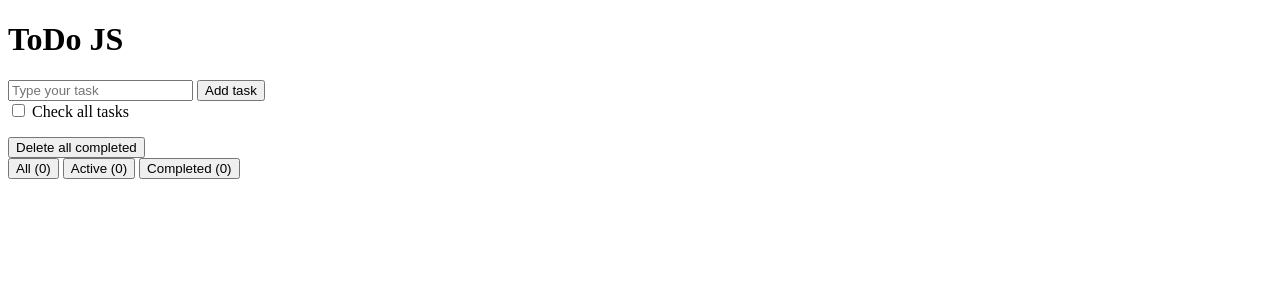
Repository: mklyagin/klyagin_todojs
Page: index.html
These files come from the project's save history. The page is drawn as it stood at one moment and after the next save; the edit follows.
The browser window is 1280 px wide. The pictures show the whole page.

Above is the page before, as saved 2024-02-27 13:35:16.

After the next save:
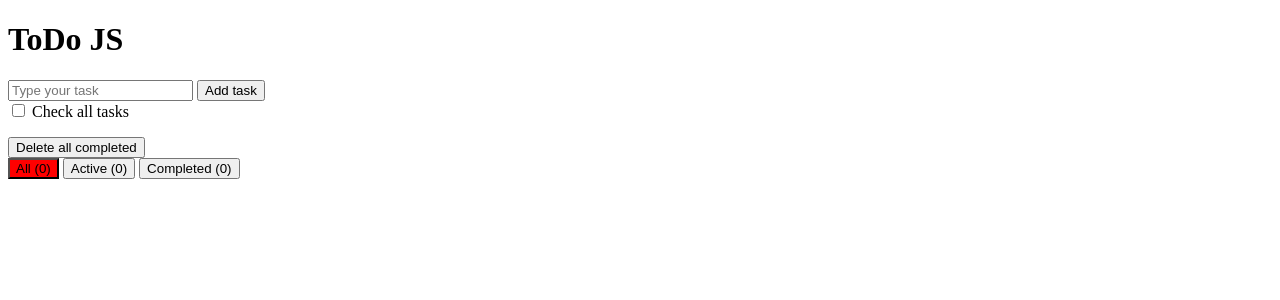
Saved 3 min 15 s later.
--- a/index.html
+++ b/index.html
@@ -19,7 +19,7 @@
       Delete all completed
     </button>
     <div id="tabulation">
-      <button id="show-all">All (0)</button>
+      <button id="show-all" class="active">All (0)</button>
       <button id="show-active">Active (0)</button>
       <button id="show-completed">Completed (0)</button>
     </div>
